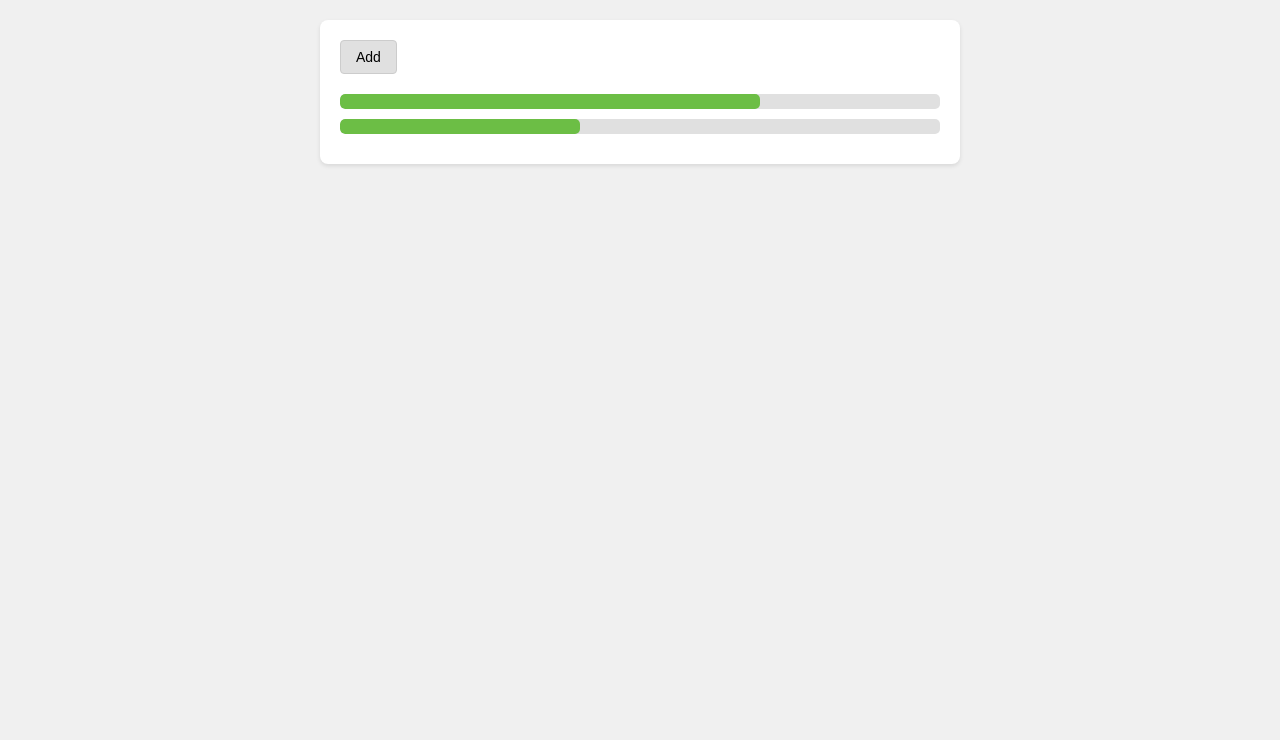
Repository: jadon1281/Imersion_Project
Page: DOM/index.html
These files come from the project's save history. The page is drawn as it stood at one moment and after the next save; the edit follows.
The browser window is 1280 px wide. The pictures show the whole page.

Above is the page before, as saved 2025-06-10 13:15:17.
Console error: TypeError: Cannot read properties of null (reading 'addEventListener')

After the next save:
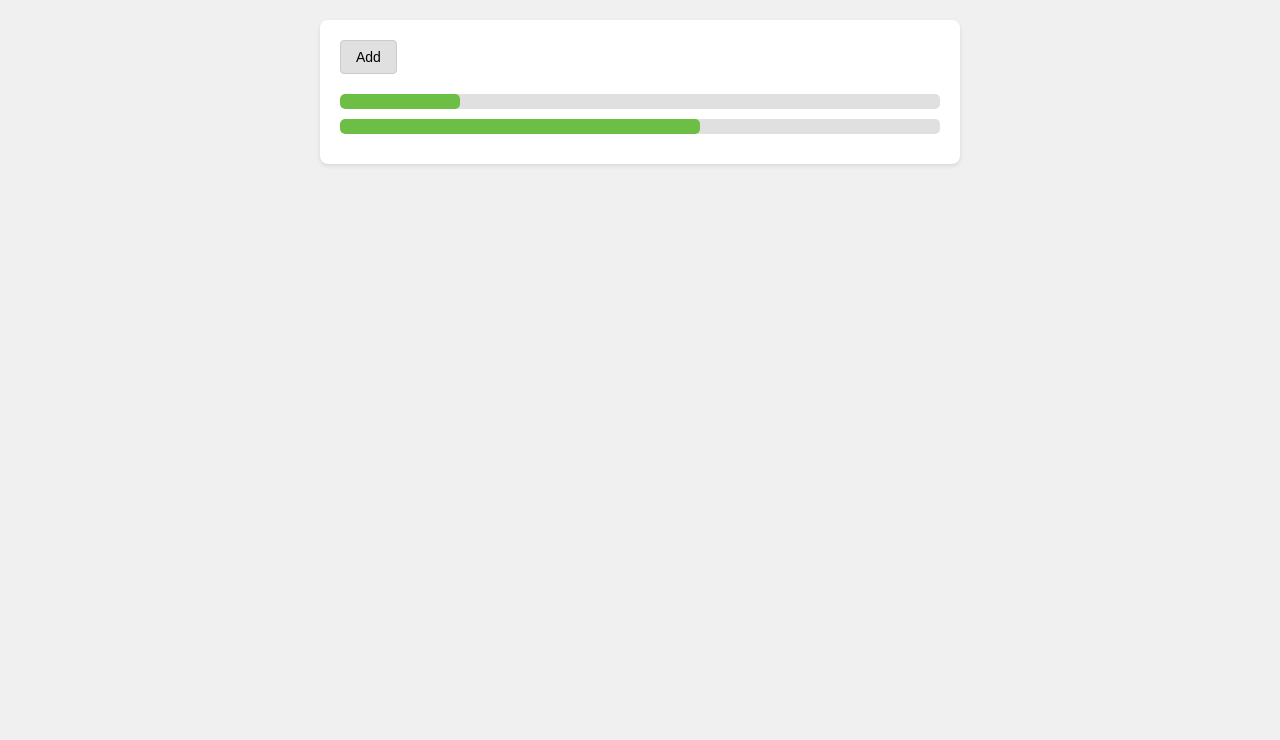
The error is gone.
Saved 91 s later.
--- a/DOM/index.html
+++ b/DOM/index.html
@@ -4,18 +4,15 @@
     <meta charset="UTF-8">
     <meta name="viewport" content="width=device-width, initial-scale=1.0">
     <title>Progress Bars</title>
-    <link rel="stylesheet" href="./style.css">
+    <link rel="stylesheet" href="style.css">
 </head>
 <body>
     <div class="container">
-        <button class="add-button">Add</button>
+        <button class="add-button" id="addButton">Add</button> <div class="progress-bar-container">
+            <div class="progress-bar" id="progressBar1" style="width: 20%;"></div> </div>
         <div class="progress-bar-container">
-            <div class="progress-bar" style="width: 70%;"></div>
-        </div>
-        <div class="progress-bar-container">
-            <div class="progress-bar" style="width: 40%;"></div>
-        </div>
+            <div class="progress-bar" id="progressBar2" style="width: 60%;"></div> </div>
     </div>
-    <script src="./script.js"></script>
-</body>
+
+    <script src="script.js"></script> </body>
 </html>
